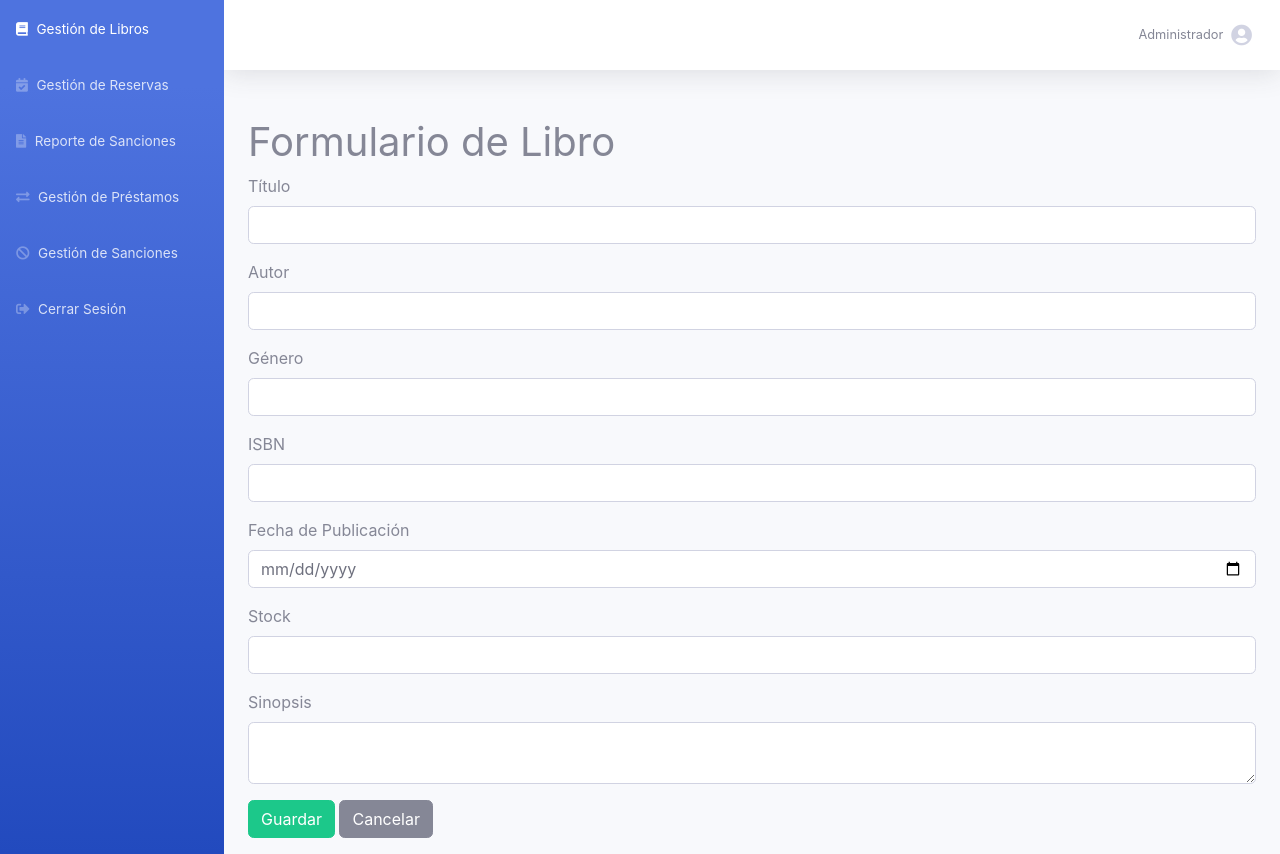
Repository: maycky02/Bibloteca_integrador
Page: http://localhost/admin/libroFormulario
An editor plug-in stored every save of this project. The page is shown before and after the next save, followed by the edit.
The browser window is 1280 px wide. The pictures show the whole page.
The page is this project's Thymeleaf template; nobody is signed in. The template is opened directly, without the code that normally fills it, so the values that code supplies are empty.

Above is the page before, as saved 2024-12-01 06:24:23.

After the next save:
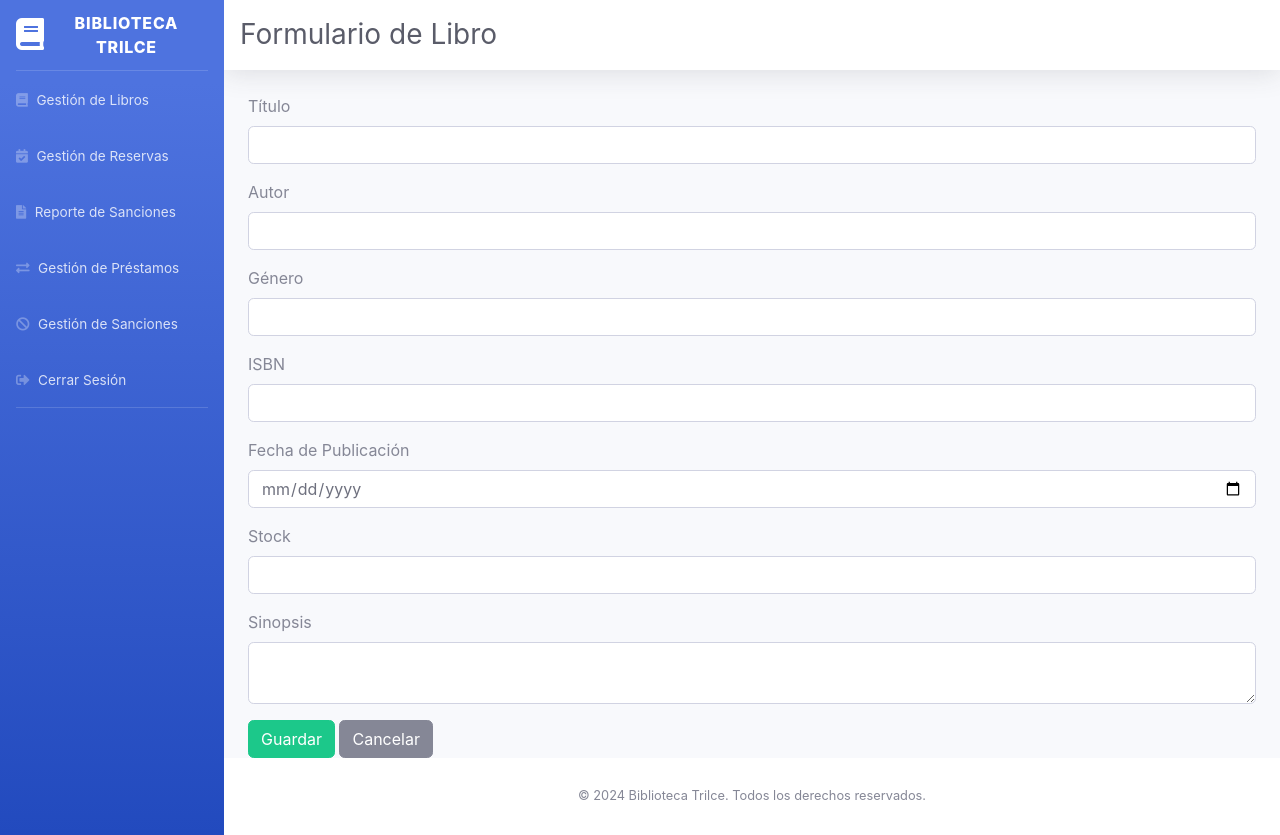
Saved 105 s later.
--- a/Bibloteca/src/main/resources/templates/admin/libroFormulario.html
+++ b/Bibloteca/src/main/resources/templates/admin/libroFormulario.html
@@ -1,20 +1,28 @@
+<!DOCTYPE html>
+<html lang="es">
 <head>
     <meta charset="UTF-8">
     <meta name="viewport" content="width=device-width, initial-scale=1.0">
     <title>Formulario de Libro</title>
-
-    <!-- Enlace a Bootstrap y AdminLTE CSS -->
-    <link href="https://cdn.jsdelivr.net/npm/bootstrap@5.3.0/dist/css/bootstrap.min.css" rel="stylesheet">
-    <link href="/Bibloteca/src/main/resources/static/css/sb-admin-2.min.css" rel="stylesheet">
-    <!-- Agregar íconos -->
-    <link href="https://cdnjs.cloudflare.com/ajax/libs/font-awesome/5.15.3/css/all.min.css" rel="stylesheet">
+    <!-- CSS de SB Admin 2 -->
+    <link href="/css/sb-admin-2.min.css" rel="stylesheet">
+    <!-- Iconos -->
+    <link href="/vendor/fontawesome-free/css/all.min.css" rel="stylesheet">
 </head>
-
 <body id="page-top">
+    <!-- Contenedor principal -->
     <div id="wrapper">
-
-        <!-- Barra Lateral -->
+        <!-- Barra lateral -->
         <ul class="navbar-nav bg-gradient-primary sidebar sidebar-dark accordion" id="accordionSidebar">
+            <!-- Logotipo -->
+            <a class="sidebar-brand d-flex align-items-center justify-content-center" href="#">
+                <div class="sidebar-brand-icon">
+                    <i class="fas fa-book"></i>
+                </div>
+                <div class="sidebar-brand-text mx-3">Biblioteca Trilce</div>
+            </a>
+            <!-- Divider -->
+            <hr class="sidebar-divider my-0">
             <!-- Menú de navegación -->
             <li class="nav-item">
                 <a class="nav-link" href="/admin/libros">
@@ -52,32 +60,19 @@
                     <span>Cerrar Sesión</span>
                 </a>
             </li>
+            <!-- Divider -->
+            <hr class="sidebar-divider d-none d-md-block">
         </ul>
 
-        <!-- Contenido Principal -->
+        <!-- Contenido principal -->
         <div id="content-wrapper" class="d-flex flex-column">
             <div id="content">
-
-                <!-- Barra de navegación superior -->
+                <!-- Barra superior -->
                 <nav class="navbar navbar-expand navbar-light bg-white topbar mb-4 static-top shadow">
-                    <button id="sidebarToggleTop" class="btn btn-link d-md-none rounded-circle mr-3">
-                        <i class="fa fa-bars"></i>
-                    </button>
-
-                    <ul class="navbar-nav ml-auto">
-                        <!-- Agregar elementos si es necesario, como el nombre del usuario -->
-                        <li class="nav-item dropdown no-arrow">
-                            <a class="nav-link dropdown-toggle" href="#" id="userDropdown" role="button" data-toggle="dropdown" aria-haspopup="true" aria-expanded="false">
-                                <span class="mr-2 d-none d-lg-inline text-gray-600 small">Administrador</span>
-                                <i class="fas fa-user-circle fa-lg"></i>
-                            </a>
-                        </li>
-                    </ul>
+                    <h1 class="h3 mb-0 text-gray-800">Formulario de Libro</h1>
                 </nav>
-
-                <!-- Formulario de Libro -->
-                <div class="container mt-5">
-                    <h1>Formulario de Libro</h1>
+                <!-- Contenido -->
+                <div class="container-fluid">
                     <form th:action="@{/admin/libros/guardar}" th:object="${libro}" method="post">
                         <div class="mb-3">
                             <label for="titulo" class="form-label">Título</label>
@@ -111,14 +106,22 @@
                         <a href="/admin/libros" class="btn btn-secondary">Cancelar</a>
                     </form>
                 </div>
-
             </div>
+            <!-- Pie de página -->
+            <footer class="sticky-footer bg-white">
+                <div class="container my-auto">
+                    <div class="copyright text-center my-auto">
+                        <span>&copy; 2024 Biblioteca Trilce. Todos los derechos reservados.</span>
+                    </div>
+                </div>
+            </footer>
         </div>
     </div>
 
-    <!-- Scripts -->
-    <script src="/Bibloteca/src/main/resources/static/vendor/jquery/jquery.min.js"></script>
-    <script src="/Bibloteca/src/main/resources/static/vendor/bootstrap/js/bootstrap.bundle.min.js"></script>
-    <script src="/Bibloteca/src/main/resources/static/js/sb-admin-2.min.js"></script>
+    <!-- Scripts de SB Admin 2 -->
+    <script src="/vendor/jquery/jquery.min.js"></script>
+    <script src="/vendor/bootstrap/js/bootstrap.bundle.min.js"></script>
+    <script src="/vendor/jquery-easing/jquery.easing.min.js"></script>
+    <script src="/js/sb-admin-2.min.js"></script>
 </body>
 </html>
